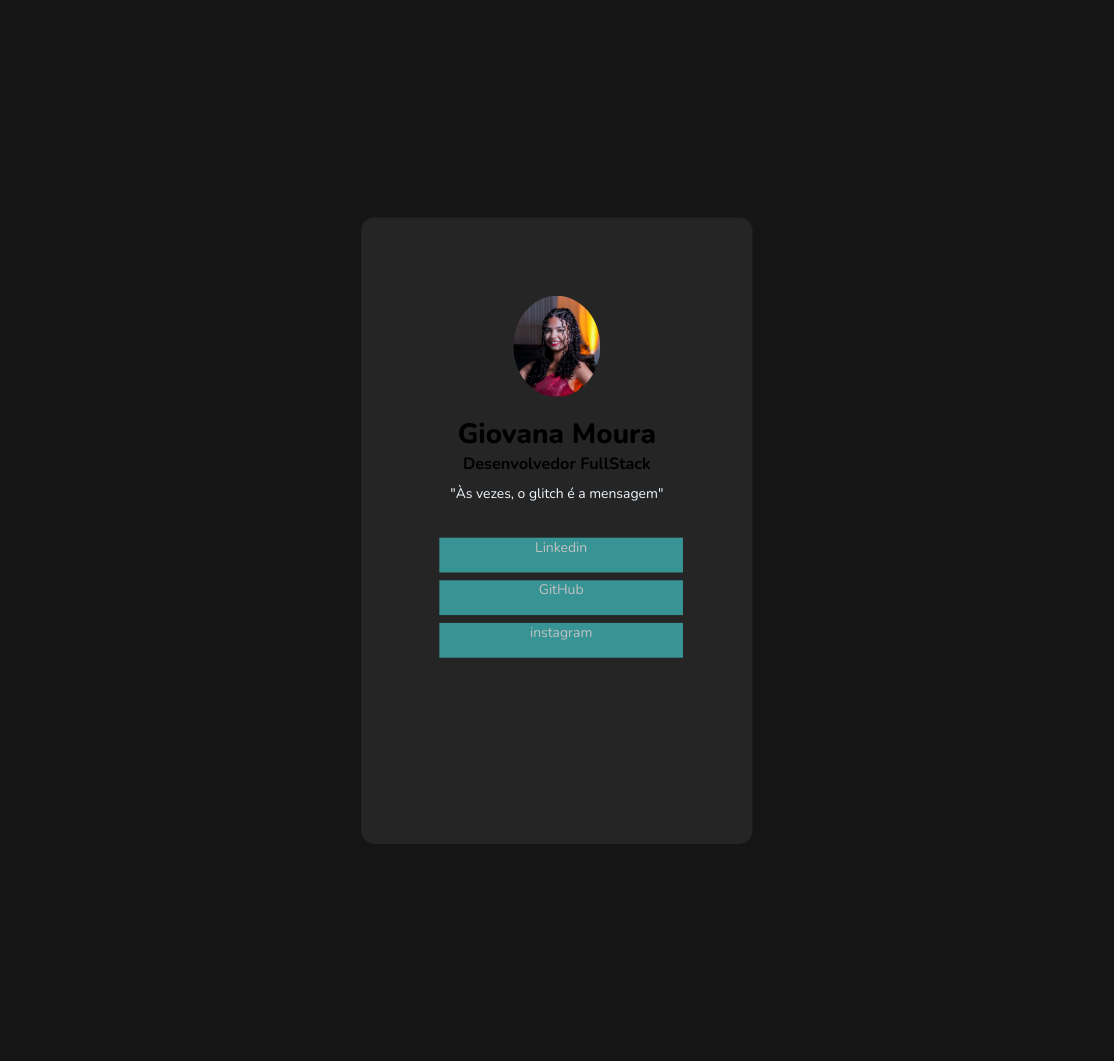
Repository: gimoli/linktree-giovana
Page: index.html
These files come from the project's save history. The page is drawn as it stood at one moment and after a run of saves; the edit follows.
The browser window is 1280 px wide. The pictures show the whole page, at 87% of full size.

Above is the page before, as saved 2025-04-11 10:13:24.

After the next 3 saves:
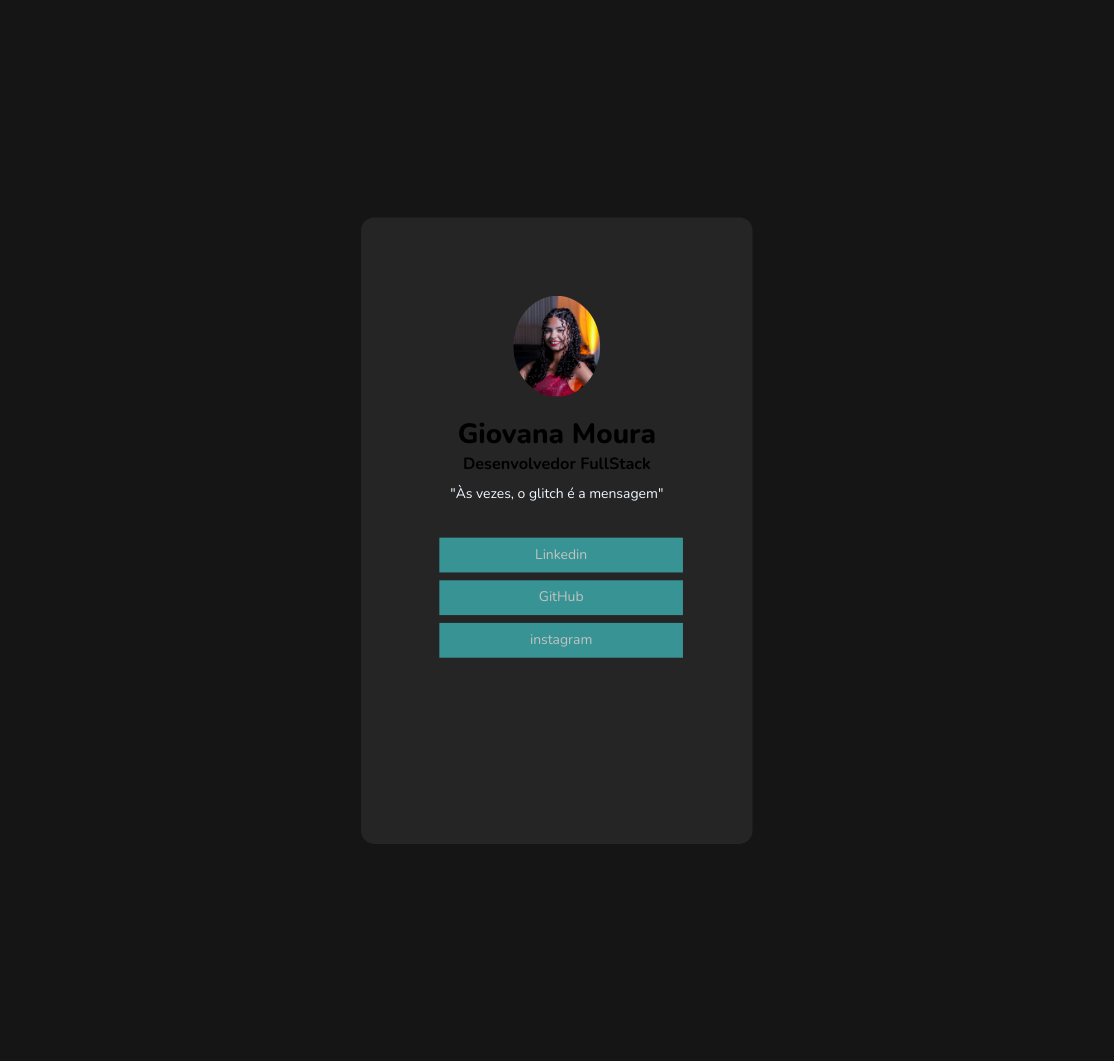
The 3 saves are shown as one change because they came seconds apart.
The last was saved 22 s later.
--- a/style.css
+++ b/style.css
@@ -66,6 +66,6 @@ body {
   height: 40px;
   background-color: rgb(56, 148, 148);
   margin: 9px 0;
-  padding:
+  padding: 8px 0;
 
 }
